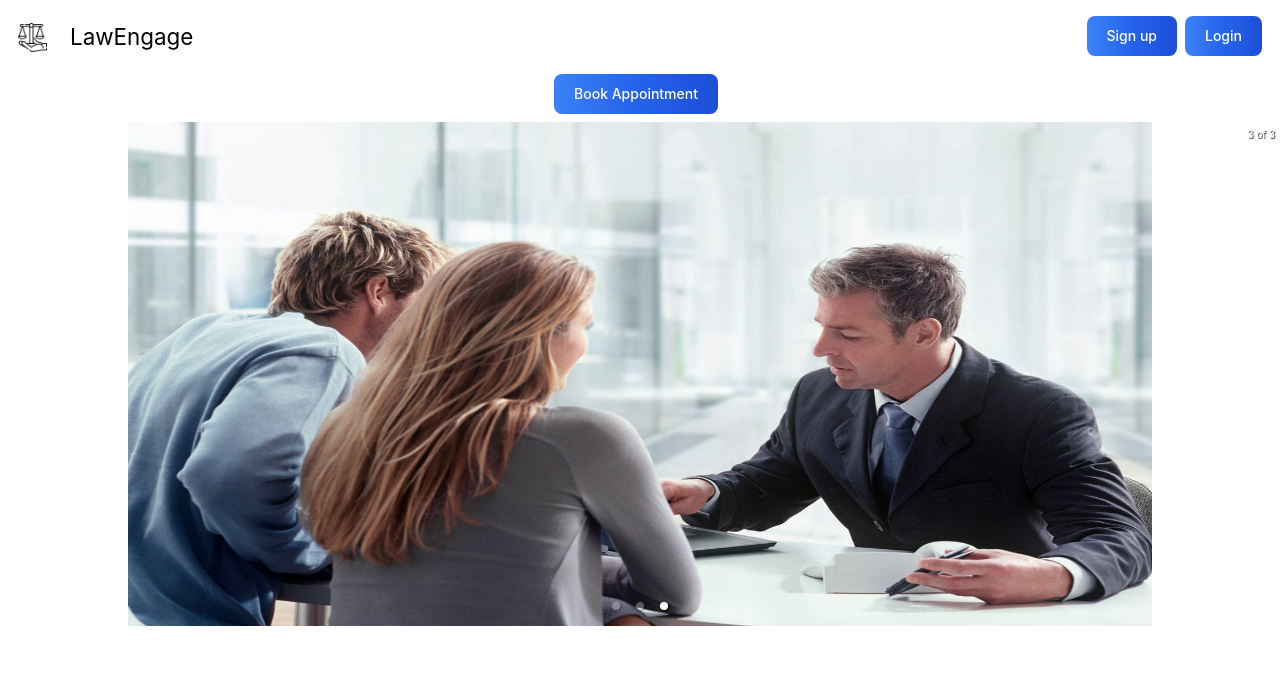
Repository: khushijain8/Lawyer-appointment-application
Page: / (app in frontend/)
The author's editor kept a copy of each file at every save. The page is drawn from the files as they stood at one save, then again after a run of saves.
The browser window is 1280 px wide. The pictures show the whole page.
The project was rebuilt for these pictures with package versions that can differ from the ones it lists, and the page was loaded fresh each time. Also part of the build but not shown: frontend/src/App.css, frontend/src/components/Signup/Signup.css, frontend/src/components/Signup/Signup.jsx, frontend/src/components/Login/Login.css, frontend/src/components/Login/Login.jsx, frontend/src/components/LawyerContainer/LawyerContainer.css, frontend/src/components/LawyerContainer/LawyerContainer.jsx, frontend/src/components/Book/Book.jsx and 4 more.

Above is the page before, as saved 2025-01-23 02:51:45.

After the next 2 saves:
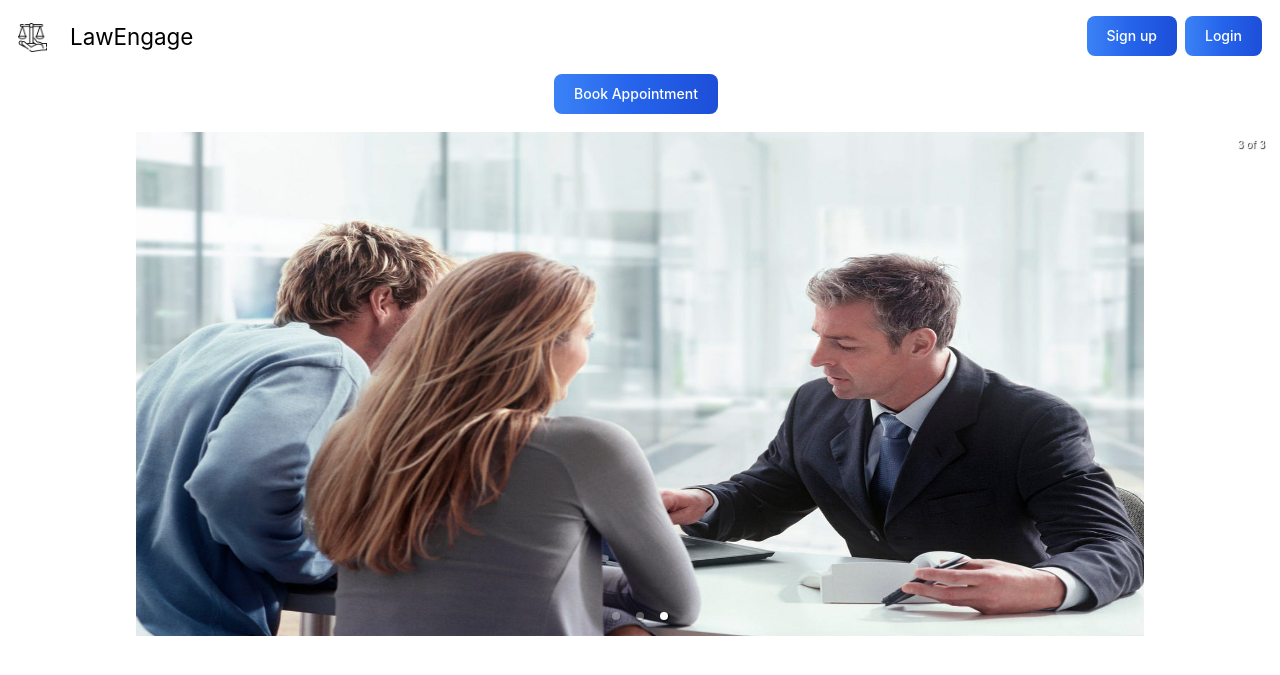
The 2 saves are shown as one change because 1 did not build or start.
The last was saved 43 s later.
--- a/frontend/src/components/FrontPage/FrontPage.jsx
+++ b/frontend/src/components/FrontPage/FrontPage.jsx
@@ -8,7 +8,7 @@ import slide2 from '../../assets/legal-consultancy-services.jpg';
 import slide3 from '../../assets/law2.jpg';
 function FrontPage() {
     return (
-      <Box sx={{ display:'flex',justifyContent:'center',alignItems:'center',}}>
+      <Box sx={{ display:'flex',justifyContent:'center',alignItems:'center' ,margin:'10px'}}>
         <Carousel autoPlay infiniteLoop interval={2000} showArrows={true}
           showThumbs={false} dynamicHeight={false} transitionTime={500} >
           <div>
